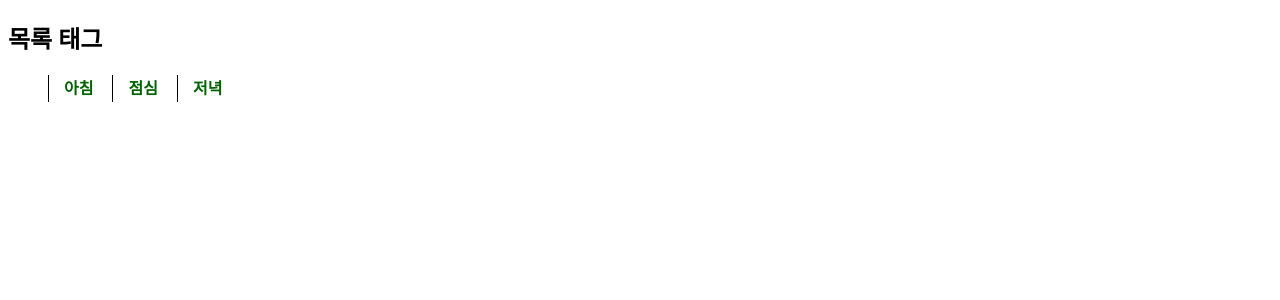
Repository: jinaa11/Kcc_Web
Page: Html/WebContent/list.html
These files come from the project's save history. The page is drawn as it stood at one moment and after the next save; the edit follows.
The browser window is 1280 px wide. The pictures show the whole page.

Above is the page before, as saved 2024-07-08 02:39:11.

### Html/WebContent/list.html
<!DOCTYPE html>
<html>
<head>
<meta charset="UTF-8">
<title>Insert title here</title>
<style type="text/css">
	li {
		display: inline;
		padding: 5px 15px;
		border-left: 1px solid #000;
	}

	a{
		text-decoration: none;
		color: darkgreen;
		font-weight: bold;
		fond-size: 18px;
	}
</style>
</head>
<body>
	<h2>목록 태그</h2>
	<ul>
		<li><a href="#">아침</a></li>
		<li><a href="#">점심</a></li>
		<li><a href="#">저녁</a></li>
	</ul>
</body>
</html>

After the next save:
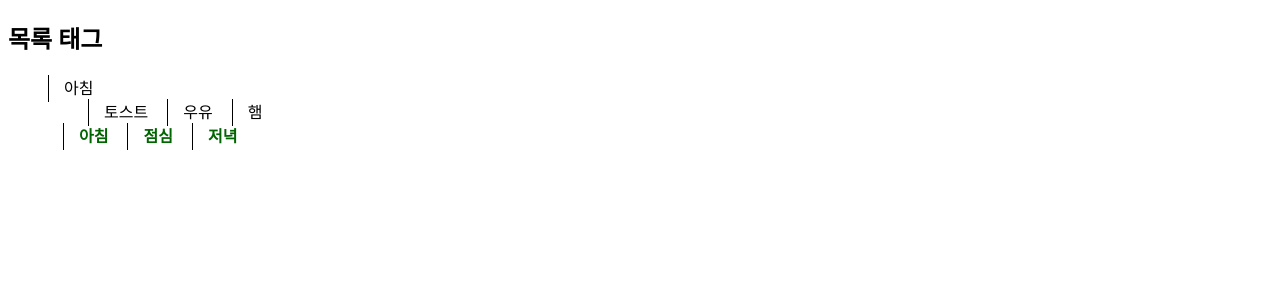
Saved 2 min 34 s later.
--- a/Html/WebContent/list.html
+++ b/Html/WebContent/list.html
@@ -21,6 +21,13 @@
 <body>
 	<h2>목록 태그</h2>
 	<ul>
+		<li>아침
+			<ul>
+				<li>토스트</li>
+				<li>우유</li>
+				<li>햄</li>
+			</ul>
+		</li>
 		<li><a href="#">아침</a></li>
 		<li><a href="#">점심</a></li>
 		<li><a href="#">저녁</a></li>
